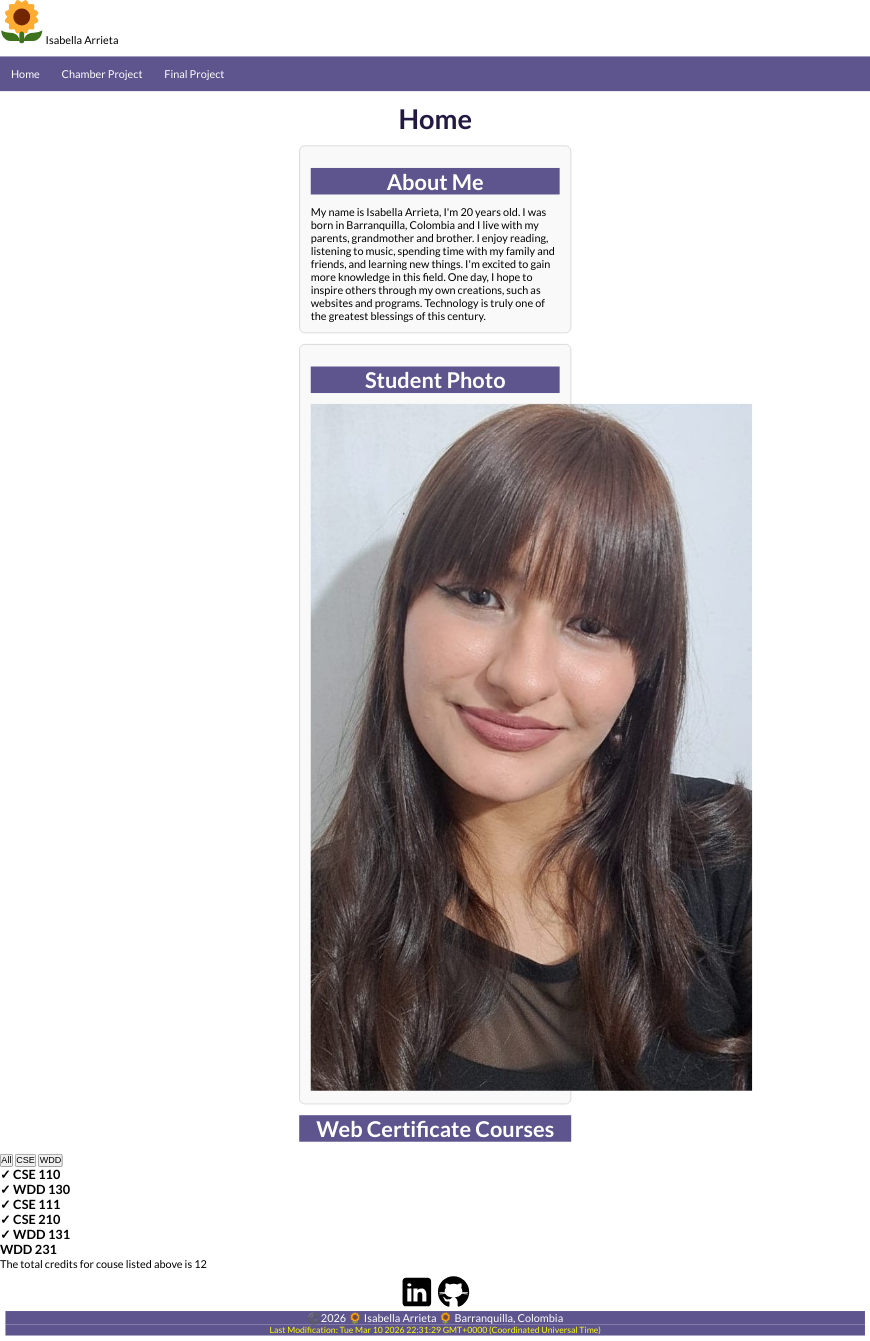
Repository: isaAJ05/wdd231
Page: index.html
These files come from the project's save history. The page is drawn as it stood at one moment and after a run of saves; the edit follows.
The browser window is 1280 px wide. The pictures show the whole page, at 68% of full size.
Some web fonts or font styles are not loaded; a fallback is used.

Above is the page before, as saved 2026-03-10 23:47:13.

After the next 3 saves:
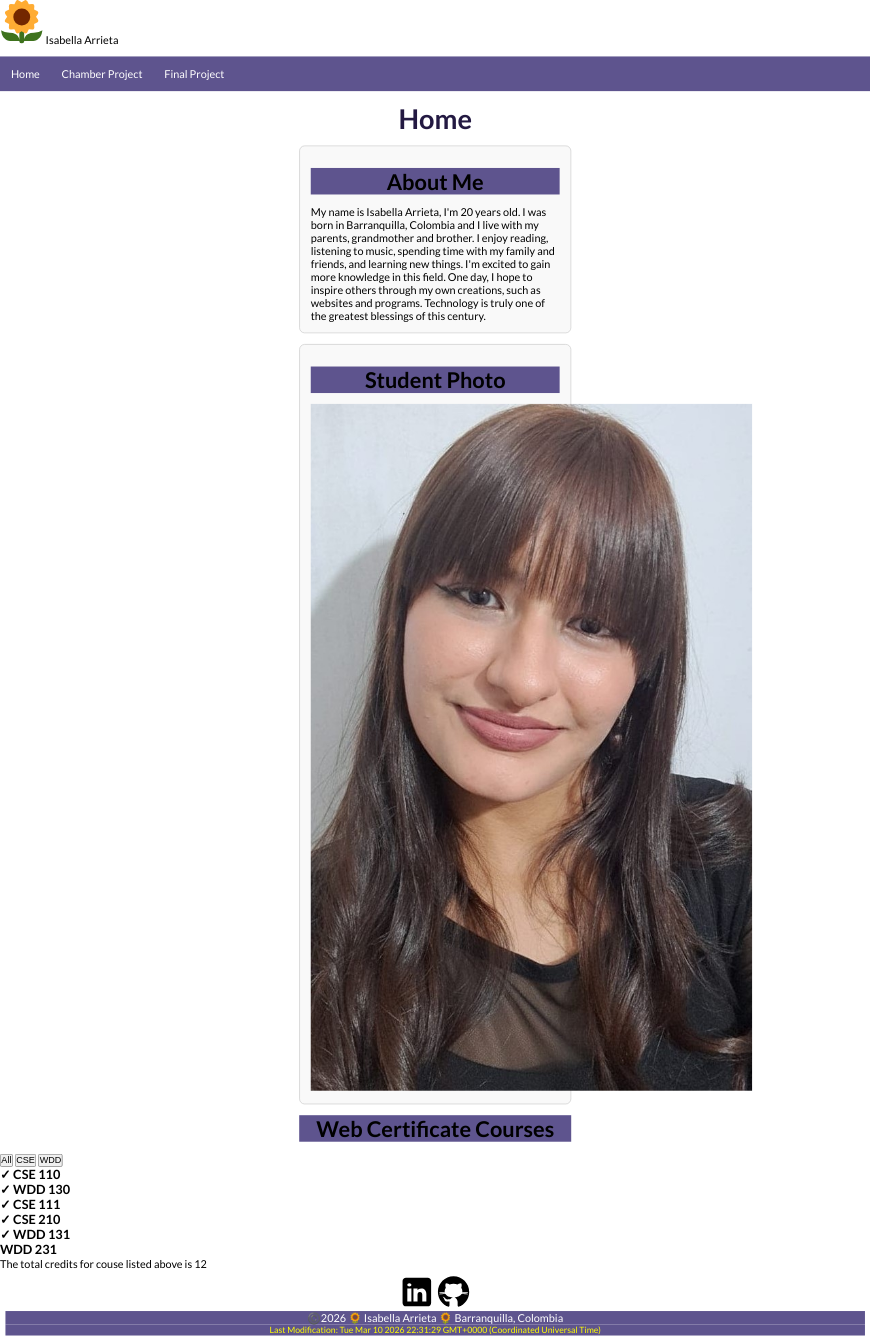
The 3 saves are shown as one change because they came seconds apart.
The last was saved 22 s later.
--- a/styles/normalize.css
+++ b/styles/normalize.css
@@ -21,7 +21,7 @@
 
 h2 {
 	font-size: 1.2rem;
-	color: #fff;
+	color: f;
 	text-align: left;
 	margin: 1rem;
 	}
@@ -85,7 +85,7 @@
 .card {
 	border: 1px solid #ccc;
 	border-radius: 8px;
-	padding: 1rem 1rem 1rem 1rem;
+	padding: 1rem;
 	margin: 1rem auto;
 	max-width: 400px;
 	background-color: #f9f9f9;

After the 2 saves that followed:
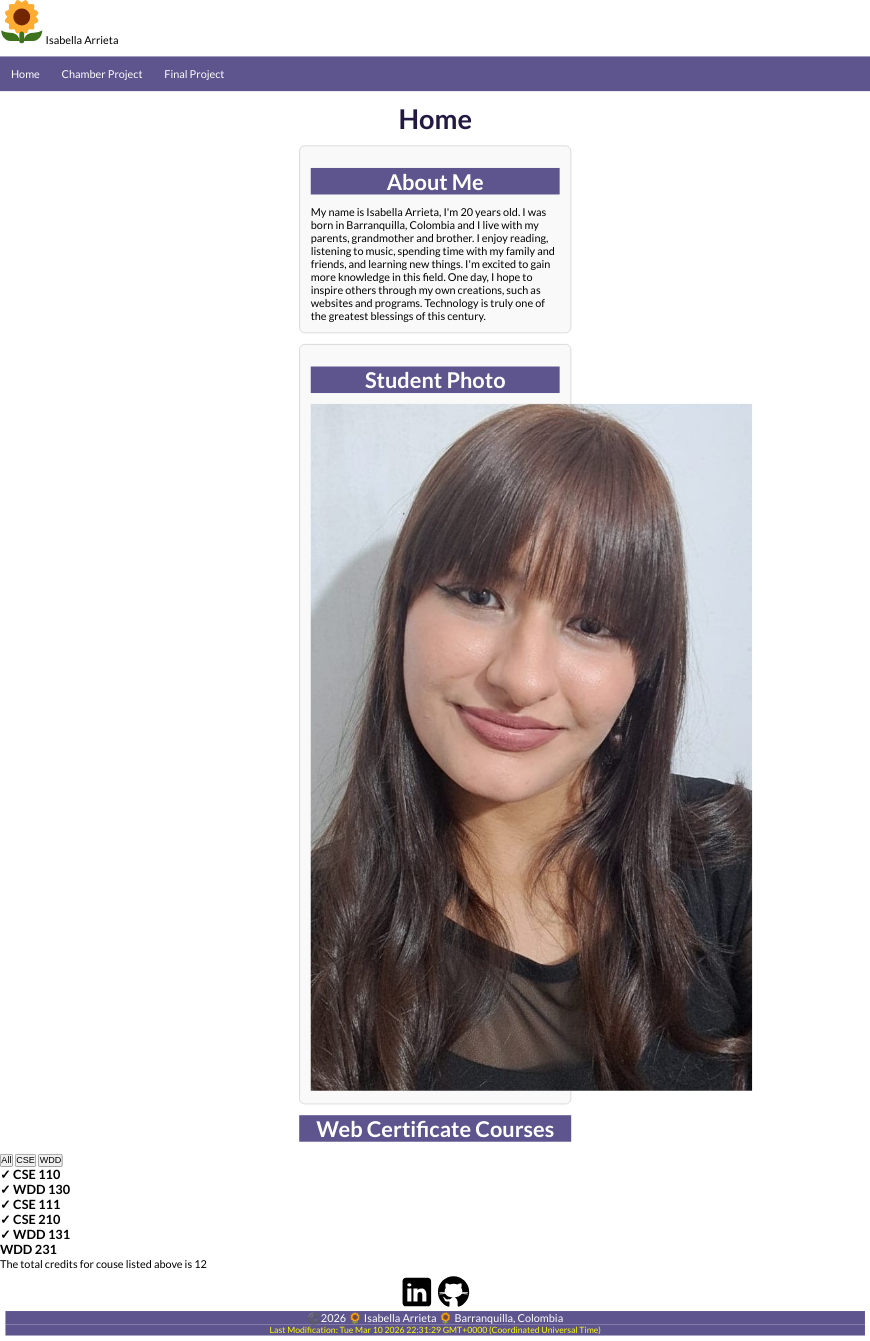
The 2 saves are shown as one change because 1 left the picture as it was.
The last was saved 9 s later.
--- a/styles/normalize.css
+++ b/styles/normalize.css
@@ -21,7 +21,7 @@
 
 h2 {
 	font-size: 1.2rem;
-	color: f;
+	color: #fff;
 	text-align: left;
 	margin: 1rem;
 	}
